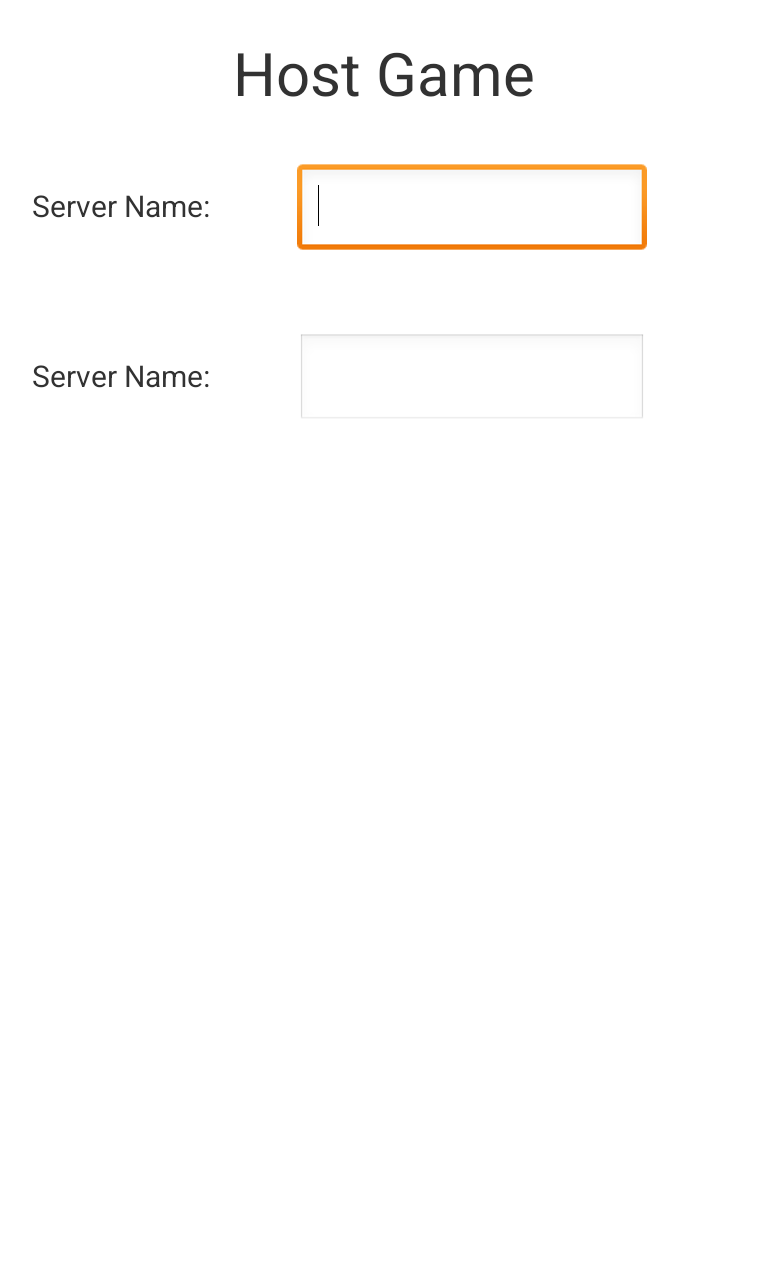
Repository: mfischetti/LaserAppRepository
Layout: workspace/Laser/res/layout/activity_host.xml
An editor plug-in stored every save of this project. The layout is shown before and after the next save, followed by the edit.
It is drawn on a 768 x 1280 px phone screen (xhdpi) without system bars, with theme AppTheme; the app's code is not run.

Above is the layout before, as saved 2013-10-01 15:28:30.

After the next save:
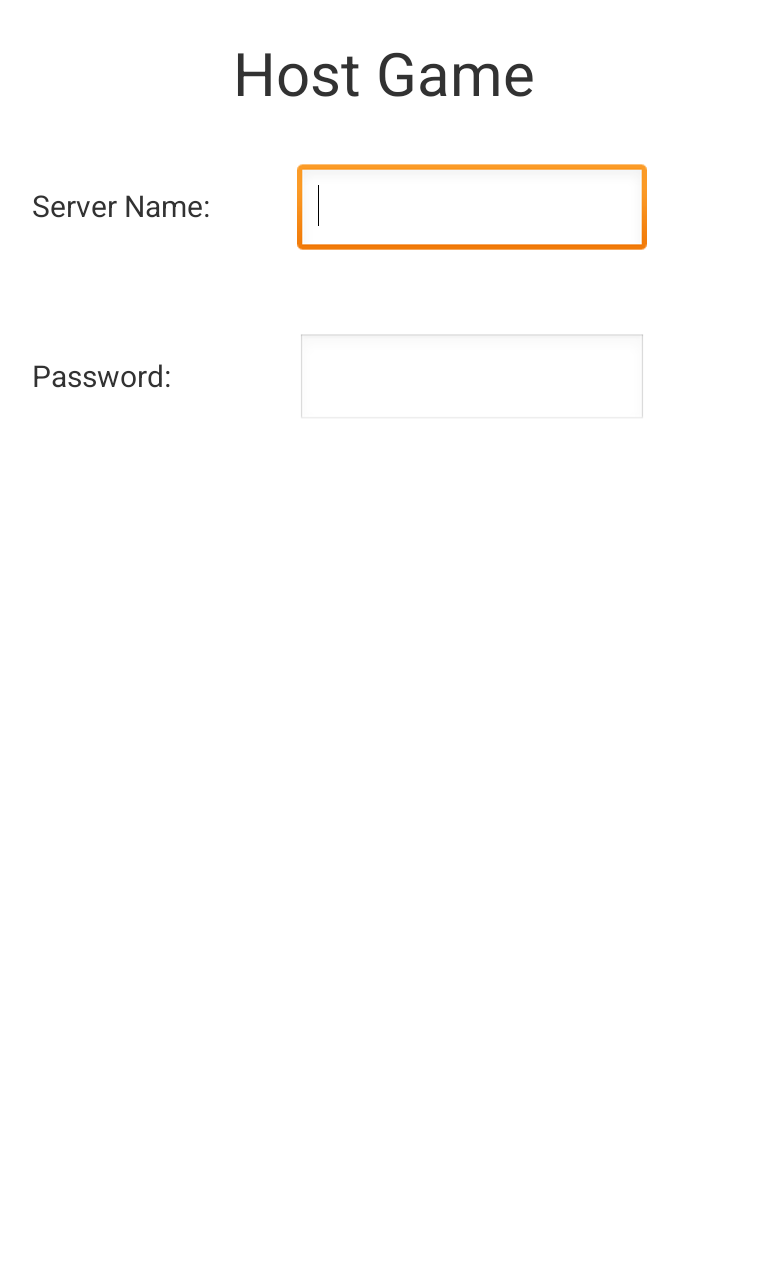
Saved 66 s later.
--- a/workspace/Laser/res/layout/activity_host.xml
+++ b/workspace/Laser/res/layout/activity_host.xml
@@ -47,7 +47,7 @@
         android:layout_alignLeft="@+id/servername"
         android:layout_below="@+id/name1"
         android:layout_marginTop="48dp"
-        android:text="Server Name:"
+        android:text="Password:"
         android:textSize="15sp" />
 
     <EditText
